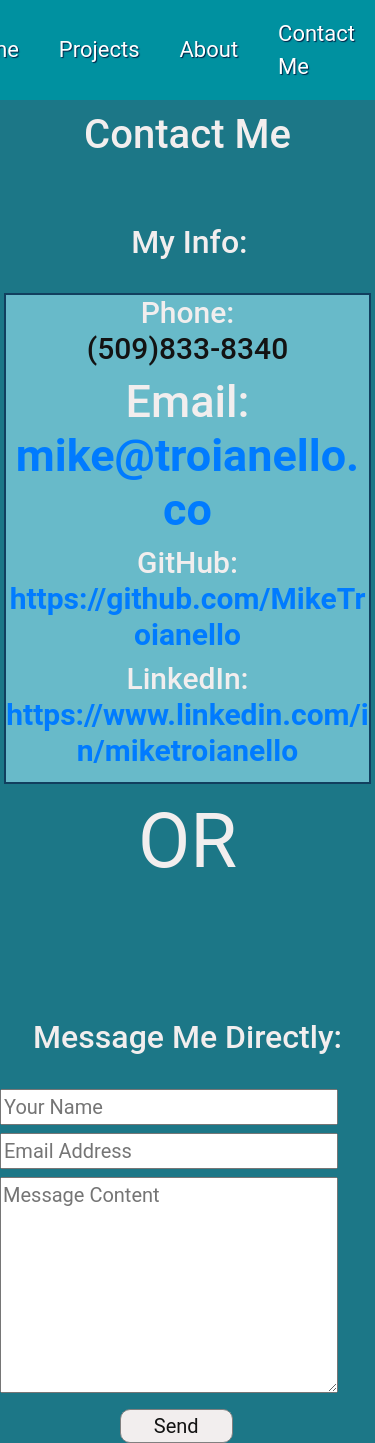
Repository: MikeTroianello/troianello
Page: /contact
The author's editor kept a copy of each file at every save. The page is drawn from the files as they stood at one save, then again after the next save.
The browser window is 375 px wide. The pictures show the whole page.
The project was rebuilt for these pictures with package versions that can differ from the ones it lists, and the page was loaded fresh each time. Also part of the build but not shown: src/components/context-sensitive/Greet.js, src/components/locations/Home.js, src/components/locations/About/About.css, src/components/locations/About/AboutMobile.css, src/components/locations/About/About.js, src/components/cards/RainbowDay.js, src/components/cards/CanvasBubbles.js, src/components/cards/projectCard.css and 4 more.

Above is the page before, as saved 2019-08-02 18:19:39.

### public/index.html
<!DOCTYPE html>
<html lang="en">
  <head>
    <meta charset="utf-8" />
    <link rel="shortcut icon" href="%PUBLIC_URL%/favicon.ico" />
    <meta name="viewport" content="width=device-width, initial-scale=1" />
    <meta name="theme-color" content="#000000" />
    <!--
      manifest.json provides metadata used when your web app is installed on a
      user's mobile device or desktop. See https://developers.google.com/web/fundamentals/web-app-manifest/
    -->
    <link rel="manifest" href="%PUBLIC_URL%/manifest.json" />
    <!--
      Notice the use of %PUBLIC_URL% in the tags above.
      It will be replaced with the URL of the `public` folder during the build.
      Only files inside the `public` folder can be referenced from the HTML.

      Unlike "/favicon.ico" or "favicon.ico", "%PUBLIC_URL%/favicon.ico" will
      work correctly both with client-side routing and a non-root public URL.
      Learn how to configure a non-root public URL by running `npm run build`.
    -->
    <title>MIKE TROIANELLO</title>
  </head>
  <body>
    <noscript>You need to enable JavaScript to run this app.</noscript>
    <div id="root"></div>
  </body>
</html>

### src/App.js
import React, { Component } from 'react';
import { BrowserRouter as Router, Route, Switch } from 'react-router-dom';
import Header from './components/Header';
import Home from './components/locations/Home';
import About from './components/locations/About/About';
import Projects from './components/locations/Projects';
import Contact from './components/locations/Contact/Contact';
import NotFound from './components/locations/NotFound';
import Greet from './components/context-sensitive/Greet.js';
import './App.css';

class App extends Component {
  // state = {
  //   header: '',
  //   hours: new Date().getHours()
  // };

  // componentDidMount() {
  //   window.addEventListener('scroll', this.handleScroll);
  // }

  // componentWillUnmount() {
  //   window.removeEventListener('scroll', this.handleScroll);
  // }

  // handleScroll = event => {
  //   let scrollTop = event.srcElement.body.scrollTop;
  //   console.log(window.scrollY);
  //   // if(window.scrollY > 200 && this.state.header) {
  //   if (window.scrollY < 88) {
  //     this.setState({ header: '' });
  //     console.log(this.state.header);
  //   }
  //   if (window.scrollY > 88 && window.scrollY < 502) {
  //     this.setState({ header: <Greet classname='header-greet' /> });
  //     console.log(this.state.header);
  //   }
  //   if (window.scrollY > 503 && window.scrollY < 1266) {
  //     this.setState({ header: 'My Projects' });
  //     console.log(this.state.header);
  //   }
  //   if (window.scrollY > 1267) {
  //     this.setState({ header: 'About Me' });
  //     console.log(this.state.header);
  //   }
  // };

  render() {
    return (
      <div className='App'>
        <Router>
          {/* <Header showHeader={this.state.header} /> */}
          <Header />
          <div>
            <Switch>
              <Route exact path='/' component={Home} />
              <Route exact path='/about' component={About} />
              <Route exact path='/projects' component={Projects} />
              <Route exact path='/contact' component={Contact} />
              <Route component={NotFound} />
            </Switch>
          </div>
        </Router>
      </div>
    );
  }
}

export default App;

### src/components/Header.js
import React, { Component } from 'react';
import { Link } from 'react-router-dom';
import Greet from '../components/context-sensitive/Greet.js';

export default class Header extends Component {
  render() {
    // let headerClass = this.props.showHeader ? 'header' : 'header transition';
    // if(this.props.showHeader == "time"){
    //   this.props.showHeader = <Greet/>
    // }
    /* <div className={headerClass}> */
    return (
      <div className='header'>
        <div className='links'>
          {/* <div className='logo'>
            <Link to='/'>Mt</Link>
          </div> */}
          <Link to='/' className='logo-2'>
            <h1 className='mt-logo'>Mt</h1>
          </Link>
          <div>{this.props.showHeader}</div>

          <div className='individual-link'>
            <Link to='/'>Home</Link>
          </div>
          <div className='individual-link'>
            <Link to='/projects'>Projects</Link>
          </div>
          <div className='individual-link'>
            <Link to='/about'>About</Link>
          </div>
          <div className='individual-link test'>
            <Link to='/contact'>Contact Me</Link>
          </div>
        </div>
      </div>
    );
  }
}

### src/components/locations/Contact/Contact.js
import React from 'react';
import './Contact.css';
import './ContactMobile.css';

export default function Contact() {
  return (
    <div className='contact-page'>
      <h1 className='contact-center'>Contact Me</h1>
      <div className='row'>
        <div className='col-sm-5 contact-side-one'>
          <h2 className='contact-center-one'>My Info:</h2>
          <div className='contact-side-one-box'>
            <h3>
              Phone:
              <br />
              <span className='contact-number'>(509)833-8340</span>
            </h3>
            <h3>
              <h3>
                Email:
                <br />
                <strong>
                  <a
                    href='mailto:mike@troianello.co'
                    target='_blank'
                    rel='noopener noreferrer'
                  >
                    mike@troianello.co
                  </a>
                </strong>
              </h3>
              GitHub:
              <br />
              <strong>
                <a
                  href='https://github.com/MikeTroianello'
                  target='_blank'
                  rel='noopener noreferrer'
                >
                  https://github.com/MikeTroianello
                </a>
                <br />
              </strong>
            </h3>
            <h3>
              LinkedIn: <br />
              <strong>
                <a
                  href='https://www.linkedin.com/in/miketroianello'
                  target='_blank'
                  rel='noopener noreferrer'
                >
                  https://www.linkedin.com/in/miketroianello
                </a>
              </strong>
            </h3>
          </div>
        </div>
        <div className='col-sm-2 or'>OR</div>
        <div className='col-sm-5 contact-side-two'>
          <h2 className='contact-center-two'>Message Me Directly:</h2>
          <form
            className='contact-message'
            action='https://formspree.io/mike@troianello.co'
            method='POST'
          >
            <label>
              <input
                type='name'
                name='name'
                className='contact-message-input'
                placeholder='Your Name'
              />
            </label>
            <label>
              <input
                type='email'
                name='email'
                className='contact-message-input'
                placeholder='Email Address'
              />
            </label>
            <label>
              <textarea
                rows='7'
                name='content'
                className='contact-message-input'
                placeholder='Message Content'
              />
            </label>
            <button className='contact-button'>Send</button>
          </form>
        </div>
      </div>
    </div>
  );
}

### src/App.css
:root {
  --off-black: #131313;
  --off-white: #f2eeee;
}

.App {
  font-family: 'roboto';
}
@import url('https://fonts.googleapis.com/css?family=Chivo&display=swap');
@import url('https://fonts.googleapis.com/css?family=Roboto&display=swap');
@import url('https://fonts.googleapis.com/css?family=Exo+2:800&display=swap');

.App-header {
  background-color: #282c34;
  min-height: 100vh;
  display: flex;
  flex-direction: column;
  /* align-items: center; */
  justify-content: center;
  font-size: calc(10px + 2vmin);
  /* color: white; */
}

/* .App-link {
  color: #61dafb;
} */

body {
  padding-top: 47px;
}

div {
  font-size: 20px;
}

p {
  margin-left: 4em;
  color: var(--off-black);
}

/* HEADER */

.header {
  background-color: #0091a0;
  /* background-color: #192e6c; */
  overflow: hidden;
  position: fixed;
  top: 0;
  width: 100%;
  height: 100px;
  z-index: 1;
  transition: all 0.5s;
}

.header.transition {
  transition: all 0.5s;
}

.header a {
  text-decoration: none;
  font-family: 'roboto';
  color: white;
  text-shadow: 1px 1px 1px #002145;
  font-size: 1.1em;
}

/* HOME PAGE */

/* .home-bg {
  height: 300vh;
} */

.link {
  margin-left: 15em;
}

.link a {
  color: var(--off-white);
  background-color: #0091a0;
  border-style: solid;
  border-color: #a2d7dc;
  border-width: 2px;
  font-size: 1.75em;
  padding: 0.5em;
  /* border-radius: 5px; */
}

.home-top {
  background-color: #0091a0;
  height: 65vh;
  width: 100%;
  transform: skewY(-5deg);
  margin-top: -5vh;
  padding: 0;
}

.home-top h1 {
  text-align: center;
  color: var(--off-white);
  font-size: 5em;
  padding-left: 0.6em;
  padding-top: 0.8em;
  margin-bottom: 0;
  padding-bottom: 0;
  transform: skewY(5deg);
  text-shadow: 1px 1px 1px #007783;
}

.home-top h2 {
  text-align: center;
  color: var(--off-white);
  padding-left: 0.6em;
  margin-bottom: 0;
  padding-bottom: 0;
  transform: skewY(5deg);
  text-shadow: 1px 1px 1px #007783;
}

.home-typewriter-setup {
  /* position: relative;
    width: 29em;
    margin: 0 auto;
    text-align: center;
    white-space: nowrap;
    overflow: hidden; */
  position: relative;
  width: 24em;
  margin: 10vh auto;
  border-right: 3px solid rgba(255, 255, 255, 0.75);
  font-size: 180%;
  text-align: center;
  white-space: nowrap;
  overflow: hidden;
}

.home-typewriter-animation {
  animation: typewriter 4s steps(65) 1s 1 normal both,
    blinkTextCursor 1000ms steps(40) infinite normal;
}

@keyframes typewriter {
  from {
    width: 0;
  }
  to {
    width: 29.5em;
  }
}
@keyframes blinkTextCursor {
  from {
    border-right-color: rgba(255, 255, 255, 0.75);
  }
  to {
    border-right-color: transparent;
  }
}

.home-fade1 {
  height: 2vh;
  width: 100%;
  background-color: #a2d7dc;
  transform: skewY(-5deg);
  margin-top: -1vh;
}

.home-fade2 {
  height: 1vh;
  width: 100%;
  background-color: #e1e3e5;
  /* margin-top: -1vh; */
}

.home-about {
  height: 105vh;
  background: url('./components/images/pics/album-pics/thumbnail-3.jpg')
    no-repeat;
  background-size: 100% auto;
  background-position: 0 -30vh;
  /* background-repeat: no-repeat; */
  /* background-color: #909a9f; */
}

.home-about h1 {
  color: var(--off-white);
  font-size: 4.25em;
  margin-left: 1.25em;
}

.home-projects {
  font-size: 2em;
  padding-top: 1em;
  height: 110vh;
}

.home-projects h1 {
  color: var(--off-black);
  font-size: 2em;
  text-align: center;
}

.home-album-text {
  mix-blend-mode: difference;

  /* mix-blend-mode: exclusion; */
}

.home-contact {
  height: 50vh;
}

.home-contact h1 {
  font-size: 4.5em;
  margin-left: 1em;
  color: var(--off-white);
}

/* PROJECTS PAGE */

.projects {
  background-color: #1c7787;
  color: var(--off-white);
  /* height: 104vh; */
  /* margin-top: -3em; */
  padding-top: 3em;
  overflow: hidden;
  min-height: 97.45vh;
}

.project-box {
  display: flex;
  flex-wrap: wrap;
  justify-content: space-around;
  text-decoration: none;
  /* margin: 1vh 0; */
}

/* .project-box :hover {
  background: rgba(0, 0, 0, 1);
} */

.projects-title {
  text-align: center;
}

.projects-technologies {
  padding: 10vh 0 0 1.33vw;
  background-color: #1c7787;
  border-right: 1.5px solid black;
}

/* COLOR SCHEME REMAINING CLASSES DON'T DELETE YET!!!! */

/* .container-fluid {
  height: 500px;
} */

/* .row {
  height: 500px;
} */

.links {
  display: flex;
  justify-content: flex-end;
  align-items: center;
}

.individual-link {
  margin: 0 1em;
}

/* logo */

.logo {
  color: white;
  padding: 1px 6px;
  font-size: 1.35em;
  font-weight: bold;
  border-style: solid;
  border-color: White;
  border-width: 2px;
  margin: 20px auto 20px 15px;
}

.logo-2 {
  color: white;
  padding: 1px 6px 0;
  font-weight: bold;
  border-style: solid;
  border-color: White;
  border-width: 2px;
  margin: 20px auto 20px 15px;
}

.mt-logo {
  margin: 3px 0;
}

.react {
  animation-name: spin;
  animation-duration: 35s;
  animation-iteration-count: infinite;
  animation-timing-function: linear;
}

@keyframes spin {
  from {
    transform: rotate(0deg);
  }
  to {
    transform: rotate(360deg);
  }
}

/* table,
th,
td {
  border: 2px solid black;
}

td {
  font-size: 2em;
} */

### src/components/locations/Contact/Contact.css
.contact-page {
  background-color: #1c7787;
  color: var(--off-white);
  /* height: 101.8vh; HERE */
  min-height: 101.8vh;
  overflow: hidden;
  margin-top: -3em;
  padding-top: 3em;
}

.contact-page h1 {
  margin: 8vh;
}

/* .contact-side-one {
  } */

.contact-side-one-box {
  border: 2px solid #113f5e;
  background-color: rgba(137, 215, 229, 0.7);
  text-align: center;
  margin-left: 1vw;
  margin-right: 1vw;
  padding-bottom: 5px;
  word-wrap: break-word;
}

.contact-number {
  color: var(--off-black);
}

.contact-center {
  text-align: center;
  margin-bottom: 4vh;
}

.contact-center-one {
  text-align: center;
  margin-bottom: 4vh;
  margin-left: 1vw;
}

.contact-center-two {
  text-align: center;
  margin-bottom: 4vh;
}

.or {
  margin-bottom: 15vh;
  display: flex;
  justify-content: center;
  align-items: center;
  font-size: 3.8em;
  color: var(--off-white);
}

/* .contact-side-two{
    display: flex;
  } */

.contact-message {
  flex-direction: column;
  /* align-items:center; */
  display: flex;
}

.contact-message-input {
  width: 90%;
}

.contact-button {
  width: 30%;
  border: 1px solid gray;
  border-radius: 10px;
  color: var(--off-black);
  background: var(--off-white);
  margin-left: 32%;
}

### src/components/locations/Contact/ContactMobile.css
@media (max-width: 425px) {
  .contact-page {
    min-height: 101.8vh;
    overflow: hidden;
    margin-top: -3em;
    padding-top: 3em;
  }

  .contact-page h1 {
    margin: 8vh;
  }

  .contact-page h3 {
    font-size: 1.5em;
  }

  /* .contact-side-one {
  } */

  .contact-side-one-box {
    border: 2px solid #113f5e;
    background-color: rgba(137, 215, 229, 0.7);
    text-align: center;
    margin-left: 1vw;
    margin-right: 1vw;
    padding-bottom: 5px;
    word-wrap: break-word;
  }

  .contact-number {
    color: var(--off-black);
  }

  .contact-center {
    text-align: center;
    margin-bottom: 4vh;
  }

  .contact-center-one {
    text-align: center;
    margin-bottom: 4vh;
    margin-left: 1vw;
  }

  .contact-center-two {
    text-align: center;
    margin-bottom: 4vh;
  }

  .or {
    margin-bottom: 15vh;
    display: flex;
    justify-content: center;
    align-items: center;
    font-size: 3.8em;
    color: var(--off-white);
  }

  /* .contact-side-two{
    display: flex;
  } */

  .contact-message {
    flex-direction: column;
    /* align-items:center; */
    display: flex;
  }

  .contact-message-input {
    width: 90%;
  }

  .contact-button {
    width: 30%;
    border: 1px solid gray;
    border-radius: 10px;
    color: var(--off-black);
    background: var(--off-white);
    margin-left: 32%;
  }
}

Loaded but not shown: src/index.js (common file); src/index.css (common file); src/serviceWorker.js (common file)

After the next save:
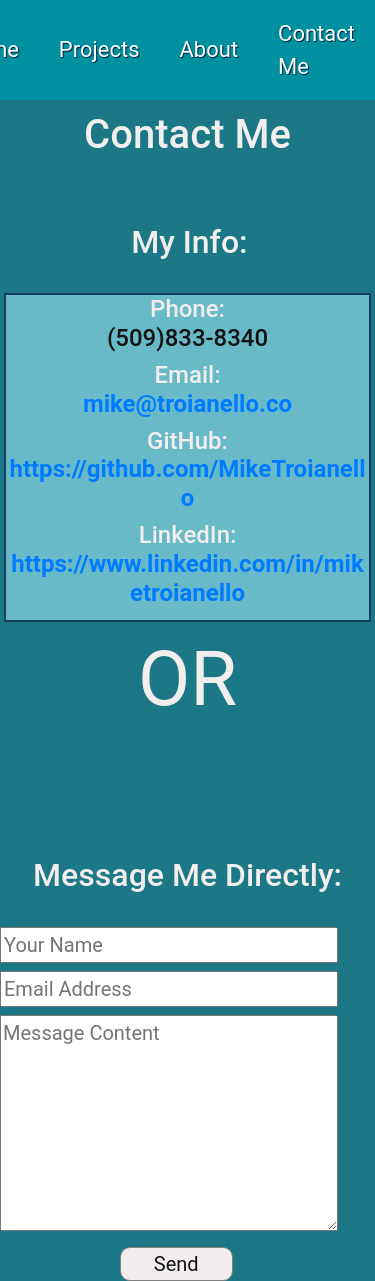
Saved 17 s later.
--- a/src/components/locations/Contact/ContactMobile.css
+++ b/src/components/locations/Contact/ContactMobile.css
@@ -11,7 +11,7 @@
   }
 
   .contact-page h3 {
-    font-size: 1.5em;
+    font-size: 1.5rem;
   }
 
   /* .contact-side-one {
